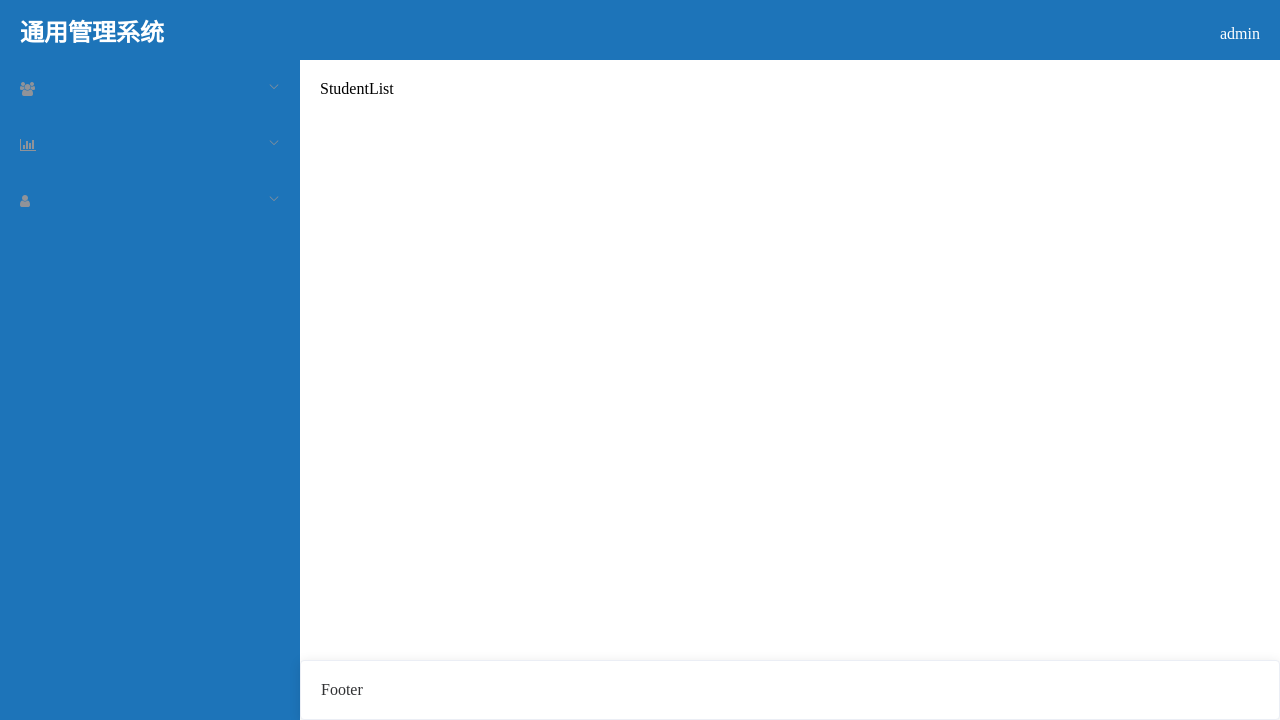
Repository: LdoIt/backstage-management-system
Page: /#/home (app in backstage-management-system/)
The author's editor kept a copy of each file at every save. The page is drawn from the files as they stood at one save, then again after the next save.
The browser window is 1280 px wide. The pictures show the whole page.
The project was rebuilt for these pictures with package versions that can differ from the ones it lists, and the page was loaded fresh each time. Also part of the build but not shown: backstage-management-system/vue.config.js.

Above is the page before, as saved 2023-04-16 09:33:40.

After the next save:
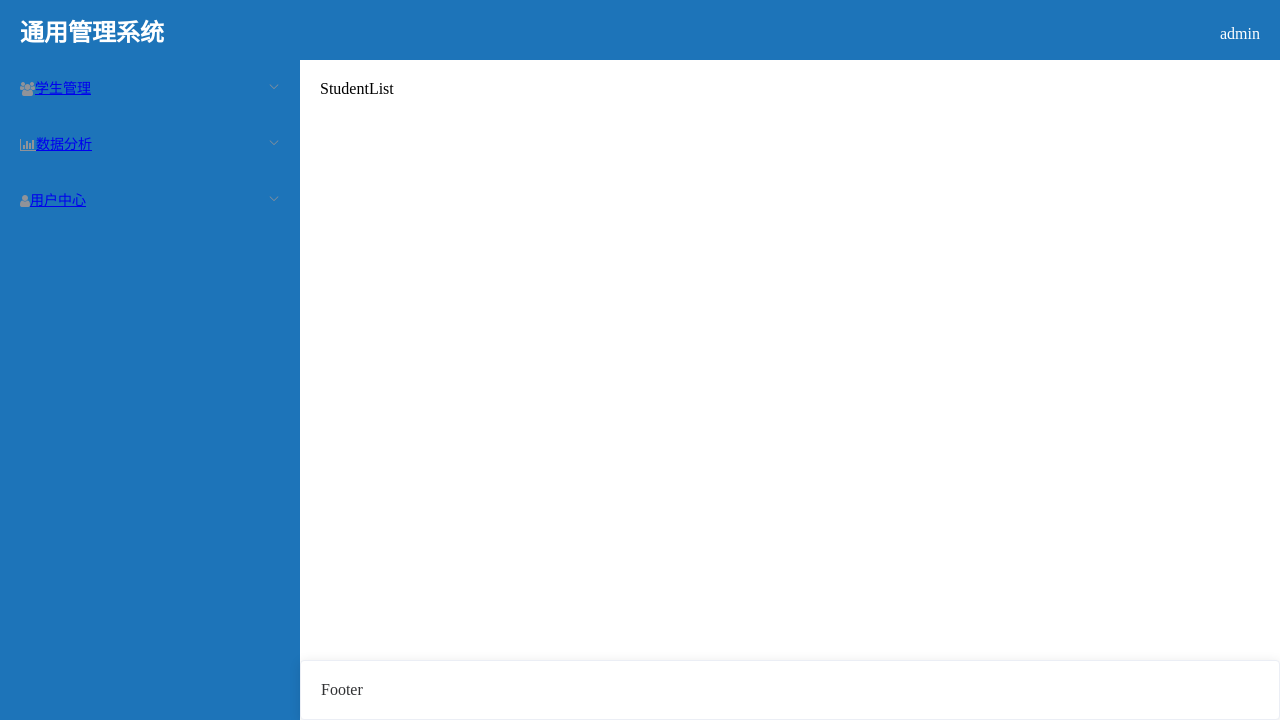
Saved 75 s later.
--- a/backstage-management-system/src/components/common/Menu.vue
+++ b/backstage-management-system/src/components/common/Menu.vue
@@ -7,7 +7,7 @@
       <el-submenu :index="item1.name" v-for="(item1, index1) in routes" :key="index1">
         <template slot="title">
           <i :class="item1.iconClass"></i>
-          <router-link>{{item1.name}}</router-link>
+          <router-link :to="item1.path">{{item1.name}}</router-link>
 
         </template>
         <el-menu-item-group v-for="(child, index2) in item1.children" :key="index2">
